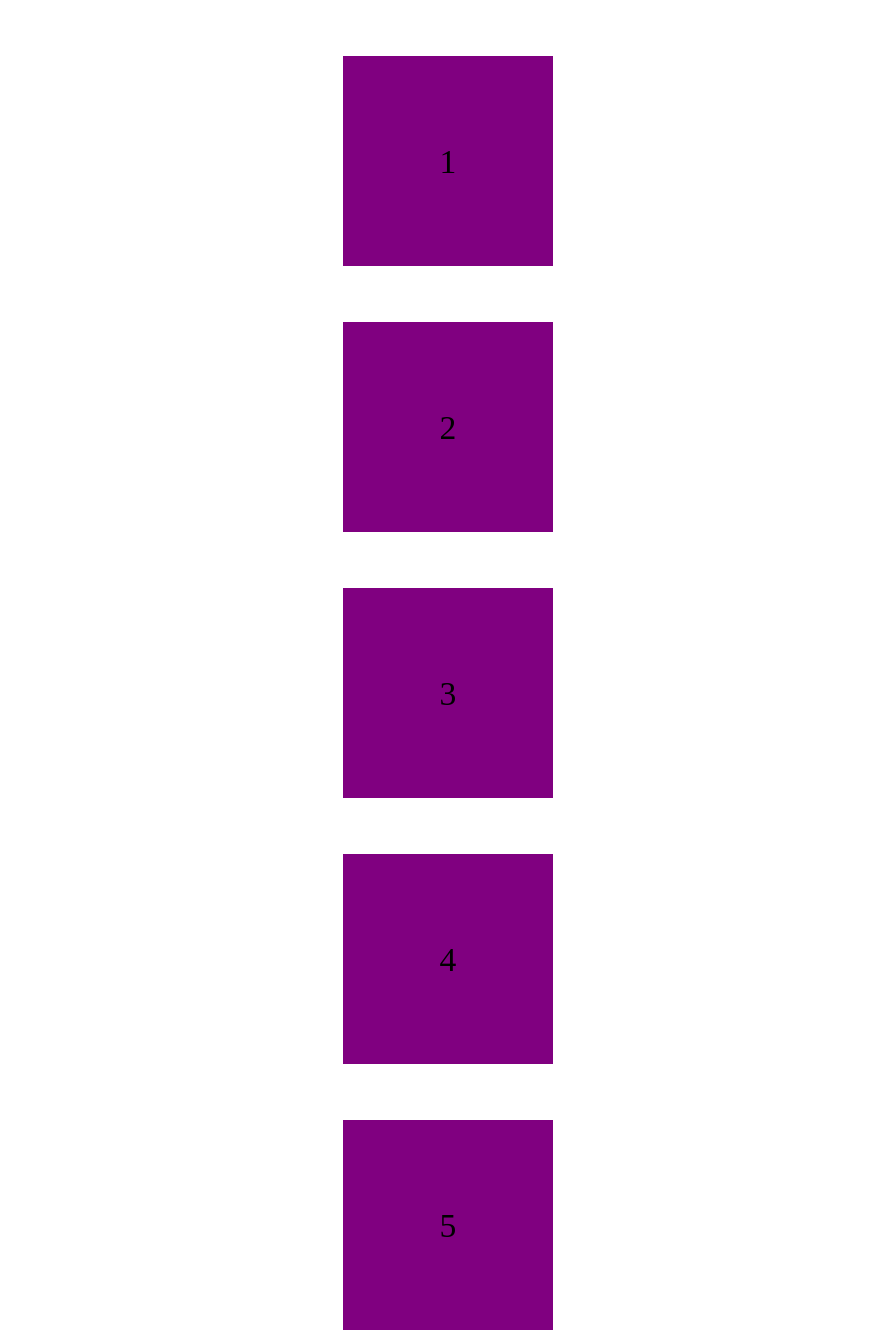
Repository: Arden-Sol/portfolio-website-clone-coding
Page: intersection-observer/intersection-before/index.html
These files come from the project's save history. The page is drawn as it stood at one moment and after the next save; the edit follows.
The browser window is 1280 px wide. The pictures show the part of the page from y = 0 to 1920 px (the page is 7680 px tall), at 70% of full size.

Above is the page before, as saved 2024-04-06 04:09:04.

After the next save:
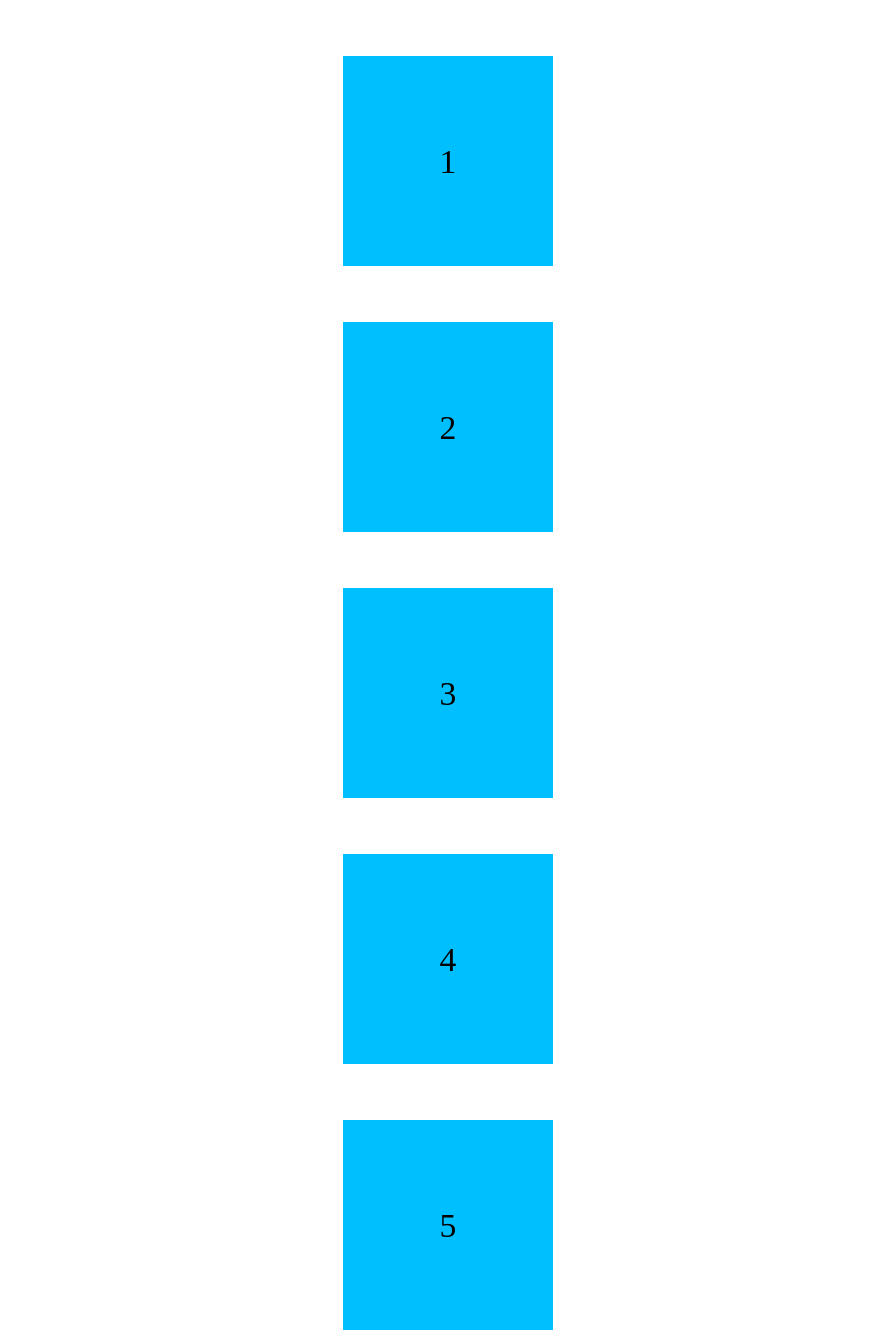
Console error: ReferenceError: option is not defined
Saved 35 min 40 s later.
--- a/intersection-observer/intersection-before/index.html
+++ b/intersection-observer/intersection-before/index.html
@@ -50,15 +50,17 @@
   <script>
     function callback(entries) {
       entries.forEach(entry => {
-        console.log(entry.target);
         if (entry.isIntersecting) {
           entry.target.classList.add('active');
         } else {
           entry.target.classList.remove('active');
         }
+        console.log(entry.target);
+        console.log(entry.isIntersecting);
+        console.log(entry.intersectionratio);
       })
     }
-    const observer = new IntersectionObserver(callback);
+    const observer = new IntersectionObserver(callback, option);
     const boxes = document.querySelectorAll('.box');
     boxes.forEach(box => {
       observer.observe(box)

After the save that followed:
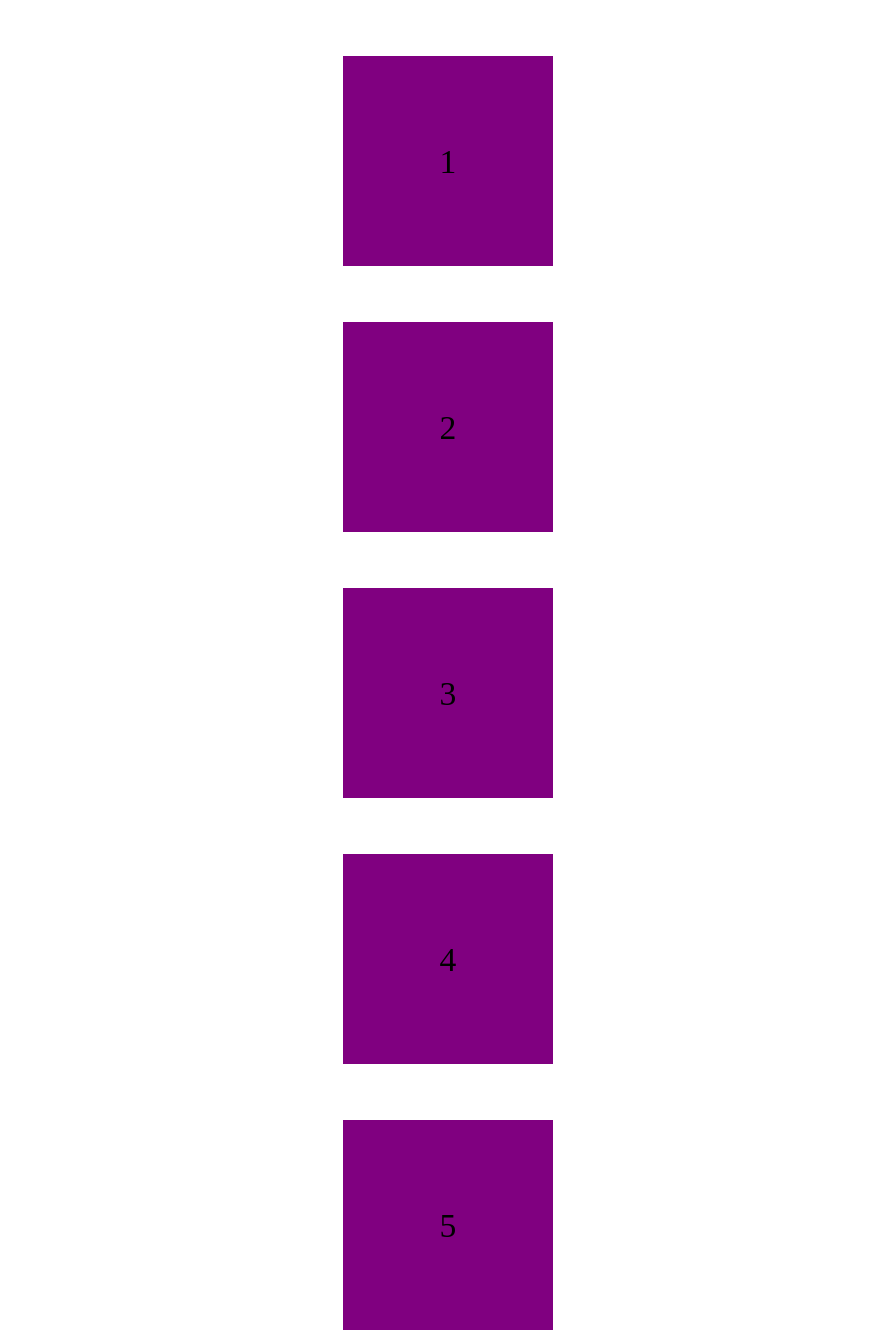
The error is gone.
Saved 33 s later.
--- a/intersection-observer/intersection-before/index.html
+++ b/intersection-observer/intersection-before/index.html
@@ -48,6 +48,9 @@
   <div class="box">20</div>
 
   <script>
+    const option = {
+      threshold: 0.25,
+    }
     function callback(entries) {
       entries.forEach(entry => {
         if (entry.isIntersecting) {
